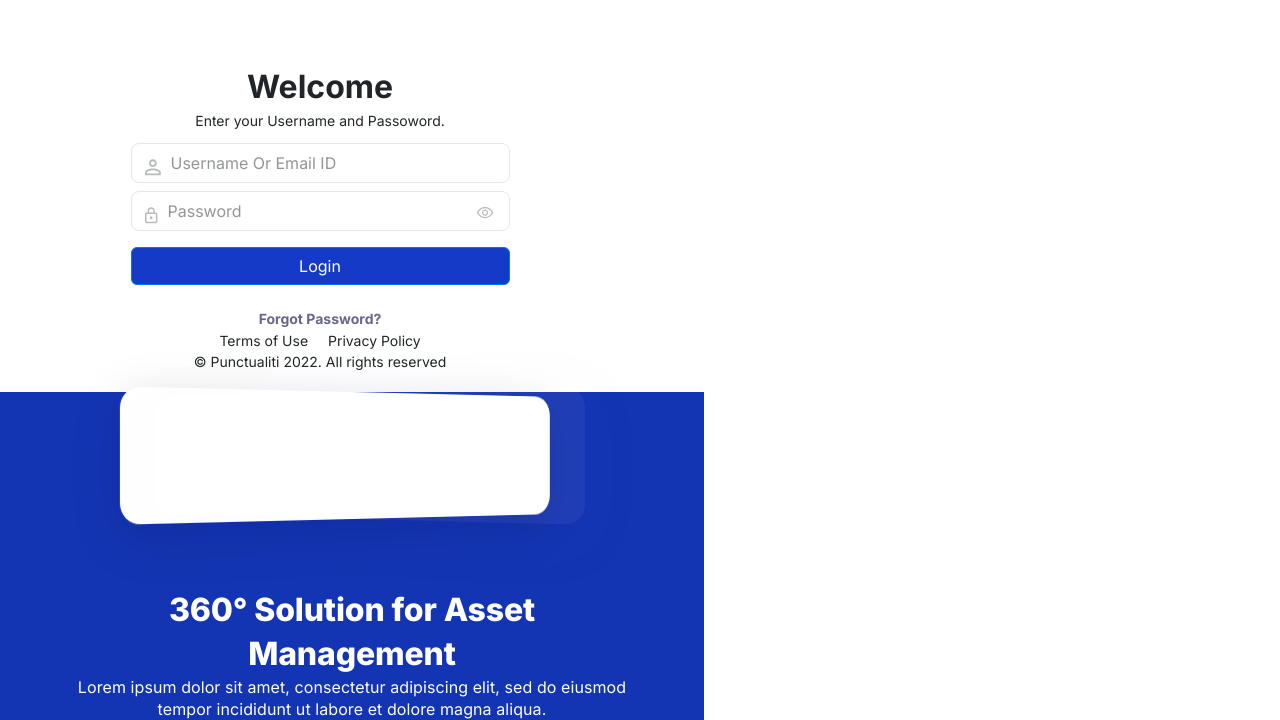
Repository: TauqeerHusain/Vouch-digital
Page: /
The author's editor kept a copy of each file at every save. The page is drawn from the files as they stood at one save, then again after a run of saves.
The browser window is 1280 px wide. The pictures show the whole page.
The project was rebuilt for these pictures with package versions that can differ from the ones it lists, and the page was loaded fresh each time. Also part of the build but not shown: src/styles/Dashboard.css, src/Components/Dashboard/Aside.js, src/Components/Dashboard/Board.js, src/Components/Dashboard/index.js, src/styles/AddClintNav.css, src/Components/AddClint/AddClintNav.js, src/Components/CreateProfile/CrContent.js, src/Components/CreateProfile/index.js and 14 more.

Above is the page before, as saved 2023-03-15 15:22:20.

After the next 3 saves:
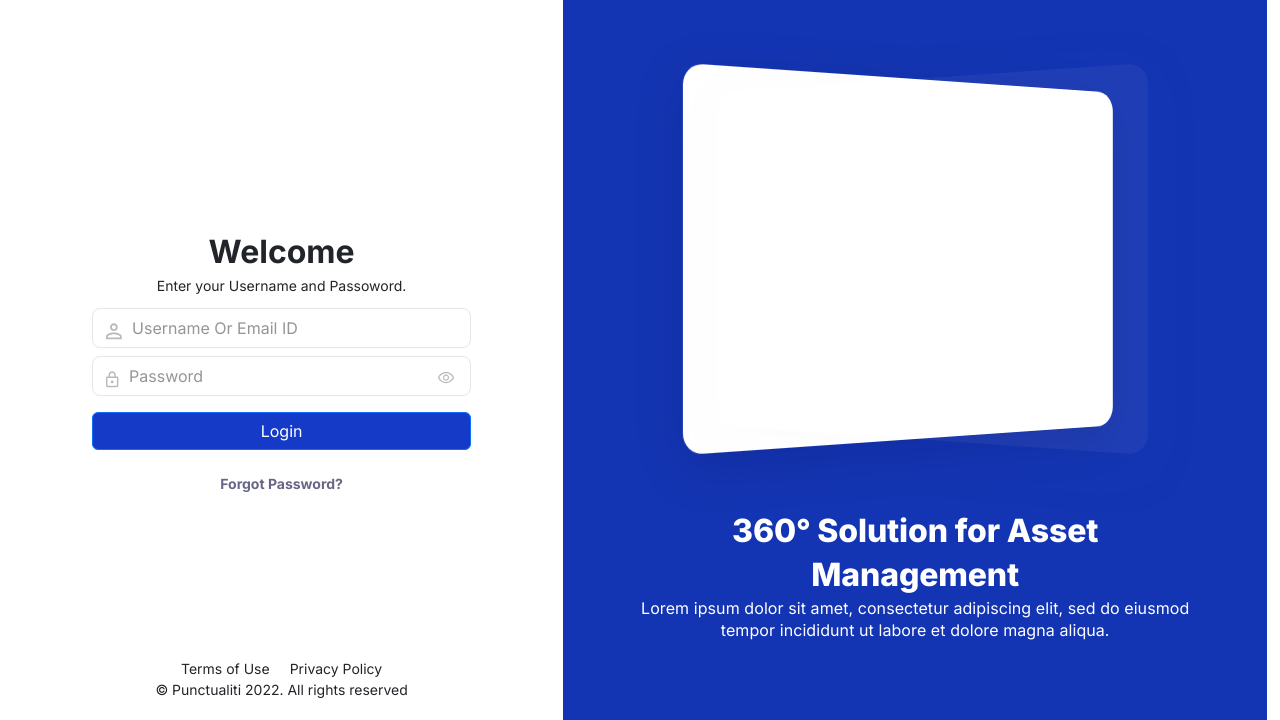
The 3 saves are shown as one change because they came seconds apart.
The last was saved 9 s later.
--- a/src/styles/LoginAct.css
+++ b/src/styles/LoginAct.css
@@ -7,7 +7,7 @@
 }
 
 .LoginAct-form {
-    width: 50%;
+    width: 44%;
     background: #fff;
     display: grid;
     place-items: center;
